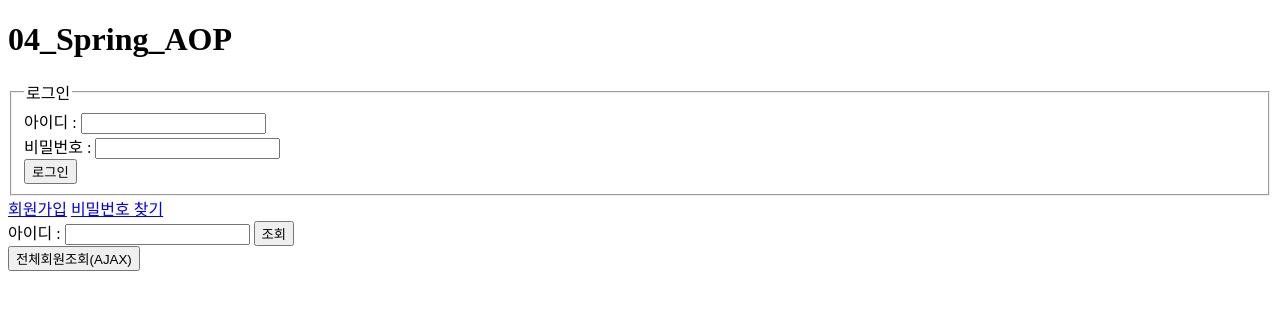
Repository: loseminho/khAcademy-Study
Page: http://localhost/04_Spring_AOP/
The author's editor kept a copy of each file at every save. The page is drawn from the files as they stood at one save, then again after the next save.
The browser window is 1280 px wide. The pictures show the whole page.
The page is served by Tomcat 9.

Above is the page before, as saved 2022-10-12 07:43:33.

After the next save:
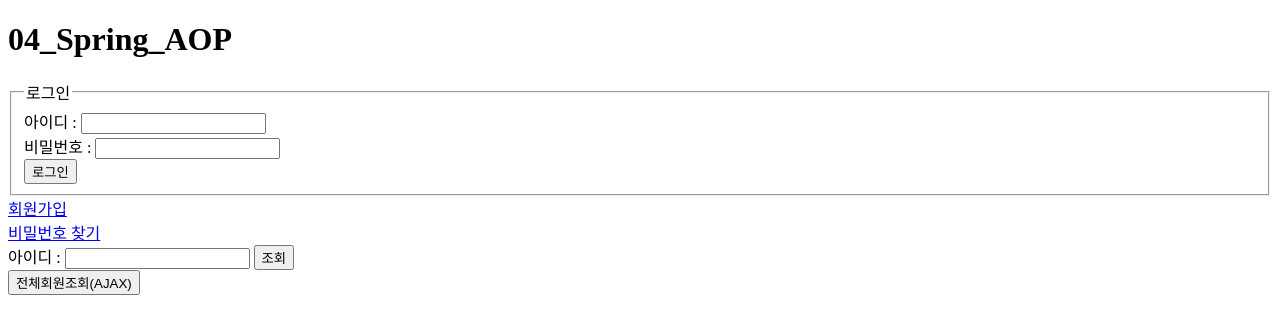
Saved 7 s later.
--- a/spring/workspace-sts-3.9.13.RELEASE/04_Spring_AOP/src/main/webapp/index.jsp
+++ b/spring/workspace-sts-3.9.13.RELEASE/04_Spring_AOP/src/main/webapp/index.jsp
@@ -20,7 +20,7 @@
 					<input type="submit" value="로그인">
 				</fieldset>
 			</form>
-			<a href="/joinFrm.do">회원가입</a>
+			<a href="/joinFrm.do">회원가입</a><br>
 			<a href="/">비밀번호 찾기</a>
 			<form action="/searchMemberId.do">
 				아이디 : <input type="text" name="memberId">
